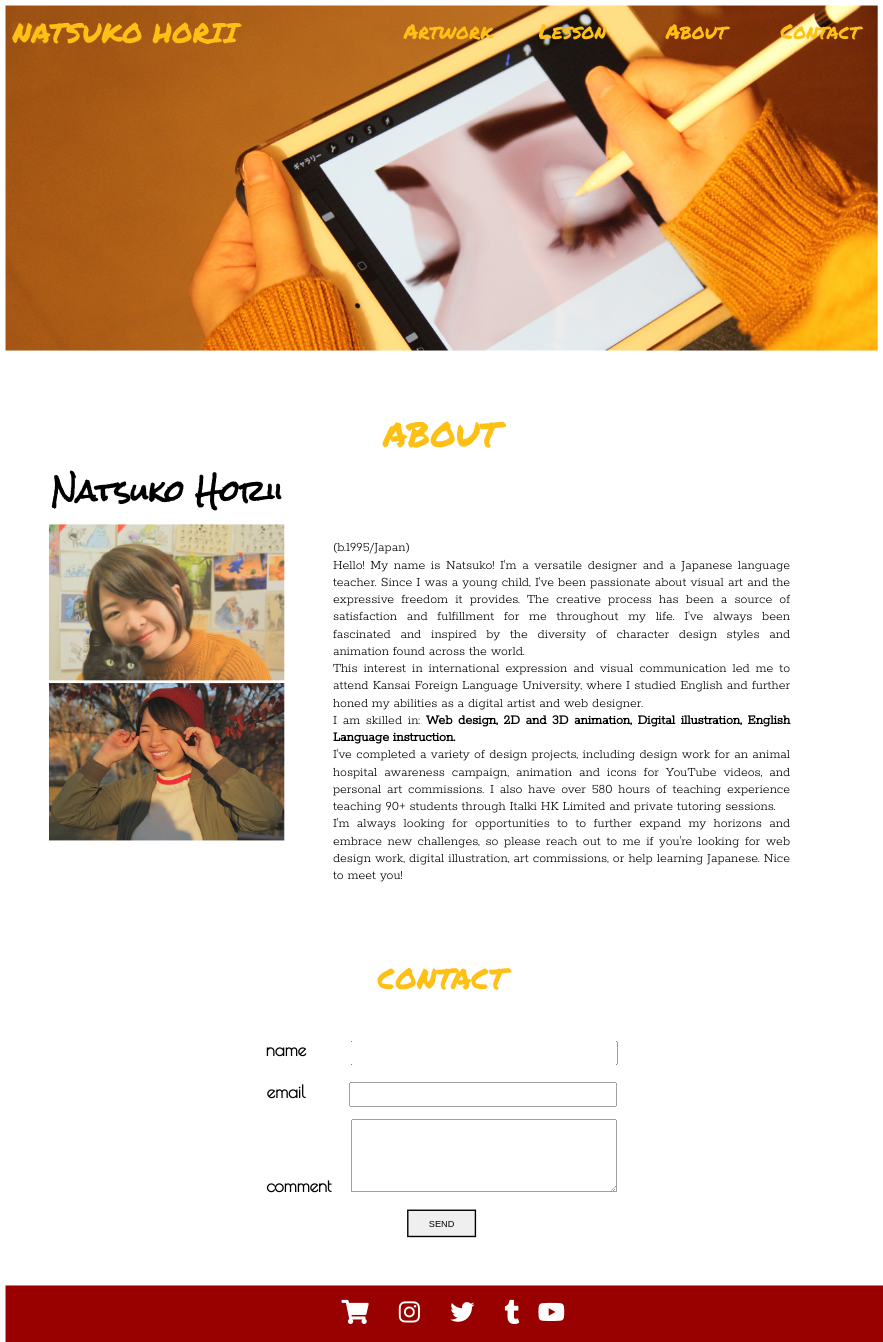
Repository: Natsuko0920/natsukohorii.github.io
Page: toppage/index.html
The author's editor kept a record of every edit. The page is drawn from the files as they stood at one moment, then again after the next edit.
The browser window is 1280 px wide. The pictures show the whole page, at 69% of full size.
Some web libraries are served in a nearby version.

Above is the page before.

### toppage/index.html
<!DOCTYPE html>
<html lang="ja">
<!--head-->
<head>
    <meta charset="utf-8">
    <title>NATSUKO HORII | ホリイ ナツコ</title>
    <meta name="description" content="Japanese artist / teacher / web designer / youtuber / creater ">
    <meta name="keywords" content="Natsuko Horii,natsukohorii,Horii Natsuko,ホリイナツコ,Japanese artist,artist,japanese illustrator,illustrator,イラストレーター,japanese teacher,naccchan sensei,なっちゃんせんせい,なっちゃん,nacchan,japanese youtuber">
    <meta name="viewport" content="width=device-width, initial-scale=1">
    <link rel="stylesheet" href="https://use.fontawesome.com/releases/v5.3.1/css/all.css" integrity="sha384-mzrmE5qonljUremFsqc01SB46JvROS7bZs3IO2EmfFsd15uHvIt+Y8vEf7N7fWAU" crossorigin="anonymous">
<!--put google font,font awesome-->
    <link href="https://fonts.googleapis.com/css?family=Permanent+Marker" rel="stylesheet">
    <link href="https://fonts.googleapis.com/css?family=Rock+Salt" rel="stylesheet">
    <link href="https://fonts.googleapis.com/css?family=Rokkitt:300" rel="stylesheet">
    <link href="https://fonts.googleapis.com/css?family=Poiret+One" rel="stylesheet">
    <meta http-equiv="Content-Type" content="text/html; charset=utf-8" />
    <link rel="stylesheet" href="index.css">
</head>
<!--header-->
<body>
    <header>
         <div class="title">
                      <div class="sign"><a href="../toppage/index.html">NATSUKO HORII</a></div>
        </div>
        <ul id="nav">
          <li><a href="../artwork/artwork.html" class="menubox">Artwork</a></li>
          <li><a href="../lesson/lesson.html" class="menubox">Lesson</a></li>
          <li><a href="#about" class="menubox">About</a></li>
          <li><a href="#contact" class="menubox">Contact</a></li>
         </ul>
    </header>
<main>
    <div class="toppage">
        <img src="../toppage/topimage.jpg">
    </div>
<!--about me-->
    <div class="titleabout" id="about">ABOUT</div>
    <div class="about">
      <div class="box1">
        <h1>Natsuko Horii</h1>
        <img class="profile" src="../toppage/profile.jpg">
        <br>
                <img class="profile" src="../toppage/profile2.jpg">
      </div>
      <div class="box2">
         <h2>
             (b.1995/Japan)
             <br>Hello! My name is Natsuko! I'm a versatile designer and a Japanese language teacher. Since I was a young child, I've been passionate about visual art and the expressive freedom it provides. The creative process has been a source of satisfaction and fulfillment for me throughout my life.
I've always been fascinated and inspired by the diversity of character design styles and animation found across the world.
<br>This interest in international expression and visual communication led me to attend Kansai Foreign Language University, where I studied English and further honed my abilities as a digital artist and web designer.
<br>I am skilled in: <b>Web design, 2D and 3D animation, Digital illustration, English Language instruction.</b>
<br>I've completed a variety of design projects, including design work for an animal hospital awareness campaign, animation and icons for YouTube videos, and personal art commissions. I also have over 580 hours of teaching experience teaching 90+ students through Italki HK Limited and private tutoring sessions.
<br>I'm always looking for opportunities to to further expand my horizons and embrace new challenges, so please reach out to me if you're looking for web design work, digital illustration, art commissions, or help learning Japanese. Nice to meet you!
         </h2>
      </div>
    </div>
<!--contact-->
    <div class="contact">
        <div class="titleabout" id="contact">contact</div>
        <div class="box3">
        <form action="https://docs.google.com/forms/d/e/1FAIpQLScnhWgwTJQ7-fkn19yMeZQXZv_nZWPaMLcr0KuLvkTzsQe1-A/formResponse">
            <label for="name">name　</label>
            <input id="name" type"text" name="entry.1762694654" required/>
           <br><br><label for="email">email　</label>
           <input id="email" type="text" name="entry.1706581827" required/>
           <br><br><label for="msg">comment　</label>
           <textarea id="comment" name="entry.790994953" required/></textarea>
           <br><br><button type="submit" name="button" value="SEND" class="square_btn">SEND</button>
        </form>
       </div>
    </div>
</main>
<footer>
    <div class="linkbox">
      <a href="https://society6.com/natsuko_horii" target="blank" class="link"><i class="fas fa-shopping-cart">　</i></a>
      <a href="https://www.instagram.com/natsuko_horii/" target="blank" class="link"><i class="fab fa-instagram" aria-hidden="true">　</i></a>
      <a href="https://twitter.com/NatsukoHorii" target="blank" class="link"><i class="fab fa-twitter" aria-hidden="true">　</i></a>
      <a href="https://www.tumblr.com/blog/natsukohorii" target="blank" class="link"><i class="fab fa-tumblr" aria-hidden="true">　</i></a>
      <a href="https://www.youtube.com/user/hahaha365yeah/featured?disable_polymer=1" target="blank" class="link"><i class="fab fa-youtube" aria-hidden="true"></i></a>
    </div>
</footer>
</body>
</html>

### toppage/index.css
@media screen and (min-width:300px) and ( max-width:600px) {
 a:link {
      color:#FFC016;
    background-color: transparent;
    text-decoration: none;
}

a:visited {
    color:#FFC016;
    background-color: transparent;
    text-decoration: none;
}

a:active {
    color:#FFC016;
    background-color: transparent;
    text-decoration: none;
}

body{
    background-color:#f7f6de;
    margin:0;
}

.changeColor {
   background-color:#f5c16c;
}

header{
    width:100%;
    display:flex;
    position:absolute;
}

.title{
  width:50%;
  padding-bottom:5px;
}

.sign{
    font-family: 'Permanent Marker', cursive;
    font-size:10px;
    margin-left:10px;
    margin-top:15px;
          color:#FFC016
}

#nav{
  width:70%;
  list-style:none;
  display:flex;
  align-items: center;
  margin-right:10px;
}

#nav li{
  width:100%;
  font-family: 'Permanent Marker', cursive;
  font-size:10px;
  text-align:center;
}

#nav a {
  color:#FFC016;
}

.toppage img{
  width:100%;
}

.titleabout{
  font-family: 'Permanent Marker', cursive;
  font-size:20px;
  text-align:center;
    color:#FFC016;
    margin-top:20px;
}

.about{
  width:90%;
  margin:auto;
}

.box1{
  width:100%;
  margin-top:10px;
  margin:auto;
}

.box2{
  width:100%;
  margin-top:20px;
}

h1{
 font-family: 'Rock Salt', cursive;
 font-size:20px;
 margin:0;
 text-align:center;
}

h2{
  font-size:10px;
font-family: 'Rokkitt', serif;
  line-height: 10px;
  font-weight: lighter;
   text-align:justify;
}

.profile{
  width:100%;
  height:auto;
    margin:auto;
}

.contact{
  margin-top:10px;
  margin-bottom:70px;
}

.box3{
    margin-top:20px;
    text-align:center;
}

label{
     font-family: 'Poiret One', cursive;
     font-size:15px;
     font-weight:bold;
}

#name{
    margin:auto;
      width:50%;
      height:20px;
}

#email{
    margin:auto;
      width:50%;
      height:20px;
}

#comment{
    margin:auto;
      width:50%;
      height:50px;
}

.square_btn {
    display: inline-block;
    padding: 0.3em 1em;
    text-decoration: none;
    color: #990000;
    background:white;
    border: solid 2px #990000;
    border-radius: 3px;
    height:40px;
    width:100px;
    transition: .4s;
}

.linkbox{
  padding-top:20px;
  font-size:20px;
  text-align:center;
}

a.link {
  color:white;
}

footer{
  width:100%;
  background-color:#990000;
  margin:0;
  position:absolute;
  padding-bottom:30px;
}
}

@media screen and (min-width:600px) and ( max-width:960px) {
a:link {
      color:#FFC016;
    background-color: transparent;
    text-decoration: none;
}

a:visited {
    color:#FFC016;
    background-color: transparent;
    text-decoration: none;
}

a:active {
    color:#FFC016;
    background-color: transparent;
    text-decoration: none;
}

body{
    background-color:#f7f6de;
    margin:0;
}

header{
    width:100%;
    display:flex;
    position:absolute;
}

.title{
  width:50%;
  padding-bottom:5px;
}

.sign{
    font-family: 'Permanent Marker', cursive;
    font-size:25px;
    margin-left:10px;
    margin-top:15px;
          color:#FFC016
}

#nav{
  width:70%;
  list-style:none;
  display:flex;
  align-items: center;
  margin-right:10px;
}

#nav li{
  width:100%;
  font-family: 'Permanent Marker', cursive;
  font-size:20px;
  text-align:center;
}

#nav a {
  color:#FFC016;
}

.toppage img{
  width:100%;
}

.titleabout{
  font-family: 'Permanent Marker', cursive;
  font-size:50px;
  text-align:center;
    color:#FFC016;
    margin-top:60px;
}

.about{
  width:90%;
  margin:auto;
  display: flex;
  flex-wrap: wrap;
}

.box1{
  width:30%;
  margin-top:20px;
}

.box2{
  width:60%;
  margin-top:20px;
  margin-left:20px;
}

h1{
 font-family: 'Rock Salt', cursive;
 font-size:20px;
 margin:0;
 text-align:center;

}

h2{
  font-size:15px;
font-family: 'Rokkitt', serif;
  line-height: 15px;
  font-weight: lighter;
  margin-left:20px;
   text-align:justify;
}

.profile{
  width:100%;
  height:auto;
}

.contact{
  margin-top:10px;
  margin-bottom:70px;
}

.box3{
    margin-top:20px;
    text-align:center;
}

label{
     font-family: 'Poiret One', cursive;
     font-size:25px;
     font-weight:bold;
}

#name{
    margin-left:35px;
      width:50%;
      height:30px;

}

#email{
  margin-left:35px;
      width:50%;
      height:30px;
}

#comment{
      width:50%;
      height:100px;
}

.square_btn {
    display: inline-block;
    padding: 0.3em 1em;
    text-decoration: none;
    color: #990000;
    background:white;
    border: solid 2px #990000;
    border-radius: 3px;
    height:40px;
    width:100px;
    transition: .4s;
}

.linkbox{
  padding-top:20px;
  font-size:35px;
  text-align:center;
}

a.link {
  color:white;
}

footer{
  width:100%;
  background-color:#990000;
  margin:0;
  position:absolute;
  padding-bottom:30px;
}
}

@media screen and (min-width:960px) and ( max-width:1280px) {
a:link {
      color:#FFC016;
    background-color: transparent;
    text-decoration: none;
}

a:visited {
    color:#FFC016;
    background-color: transparent;
    text-decoration: none;
}

a:active {
    color:#FFC016;
    background-color: transparent;
    text-decoration: none;
}

body{
    background-color:#f7f6de;
    margin:0;
}

header{
    width:100%;
    display:flex;
    position:absolute;
}

.title{
  width:50%;
  padding-bottom:5px;
}

.sign{
    font-family: 'Permanent Marker', cursive;
    font-size:40px;
    margin-left:10px;
          color:#FFC016
}

#nav{
  width:70%;
  list-style:none;
  display:flex;
  align-items: center;
  margin-right:10px;
}

#nav li{
  width:100%;
  font-family: 'Permanent Marker', cursive;
  font-size:30px;
  text-align:center;
}

#nav a {
  color:#FFC016;
}

#nav a:hover{
  opacity:0.7;
}

.toppage img{
  width:100%;
  height:500px;
}

.titleabout{
  font-family: 'Permanent Marker', cursive;
  font-size:50px;
  text-align:center;
    color:#FFC016;
    margin-top:80px;
}

.about{
  width:90%;
  margin:auto;
  display:flex;
}

.box1{
  width:30%;
}

.box2{
  width:60%;
  margin-top:100px;
  margin-left:50px;
}

h1{
 font-family: 'Rock Salt', cursive;
 font-size:40px;
 margin:0;
 text-align:center;

}

h2{
  font-size:20px;
font-family: 'Rokkitt', serif;
  line-height: 25px;
  font-weight: lighter;
  margin-left:20px;
   text-align:justify;
}

.profile{
  width:100%;
  height:auto;

}

.contact{
  margin-top:50px;
  margin-bottom:70px;
}

.box3{
    margin-top:50px;

    text-align:center;
}

label{
     font-family: 'Poiret One', cursive;
     font-size:25px;
     font-weight:bold;
}

#name{
    margin-left:35px;
      width:30%;
      height:30px;

}

#email{
  margin-left:35px;
      width:30%;
      height:30px;
}

#comment{
      width:30%;
      height:100px;
}

.square_btn {
    display: inline-block;
    padding: 0.3em 1em;
    text-decoration: none;
    color: #990000;
    background:white;
    border: solid 2px #990000;
    border-radius: 3px;
    height:40px;
    width:100px;
    transition: .4s;
}

.square_btn:hover {
    background:#990000;
    color: white;
}

.linkbox{
  padding-top:20px;
  font-size:35px;
  text-align:center;
}

a.link {
  color:white;
}

a.link:hover{
  color:#FFC016;
}

footer{
  width:100%;
  background-color:#990000;
  margin:0;
  position:absolute;
  padding-bottom:30px;
}
}

@media screen and (min-width:1280px) {
 a:link {
      color:#FFC016;
    background-color: transparent;
    text-decoration: none;
}

a:visited {
    color:#FFC016;
    background-color: transparent;
    text-decoration: none;
}

a:active {
    color:#FFC016;
    background-color: transparent;
    text-decoration: none;
}

body{
    background-color:#f7f6de;
    margin:0;
    transition: 0.3s all;
}

.changeColor {
   background-color:#f5c16c;
}

header{
    width:100%;
    display:flex;
    position:absolute;
}

.title{
  width:50%;
  padding-bottom:5px;
}

.sign{
    font-family: 'Permanent Marker', cursive;
    font-size:40px;
    margin-left:10px;
    margin-top:10px;
          color:#FFC016
}

#nav{
  width:70%;
  list-style:none;
  display:flex;
  align-items: center;
  margin-right:10px;
}

#nav li{
  width:100%;
  font-family: 'Permanent Marker', cursive;
  font-size:30px;
  text-align:center;
}

#nav a {
  color:#FFC016;
}

#nav a:hover{
  opacity:0.7;
}

.toppage img{
  width:100%;
}

.titleabout{
  font-family: 'Permanent Marker', cursive;
  font-size:50px;
  text-align:center;
    color:#FFC016;
    margin-top:80px;
}

.about{
  width:90%;
  margin:auto;
  display:flex;
}

.box1{
  width:30%;
}

.box2{
  width:60%;
  margin-top:100px;
  margin-left:50px;
}

h1{
 font-family: 'Rock Salt', cursive;
 font-size:40px;
 margin:0;
 text-align:center;

}

h2{
  font-size:20px;
font-family: 'Rokkitt', serif;
  line-height: 25px;
  font-weight: lighter;
  margin-left:20px;
   text-align:justify;
}

.profile{
  width:100%;
  height:auto;

}

.contact{
  margin-top:50px;
  margin-bottom:70px;
}

.box3{
    margin-top:50px;

    text-align:center;
}

label{
     font-family: 'Poiret One', cursive;
     font-size:25px;
     font-weight:bold;
}

#name{
    margin-left:35px;
      width:30%;
      height:30px;

}

#email{
  margin-left:35px;
      width:30%;
      height:30px;
}

#comment{
      width:30%;
      height:100px;
}

.square_btn {
    display: inline-block;
    padding: 0.3em 1em;
    text-decoration: none;
    color: #990000;
    background:white;
    border: solid 2px #990000;
    border-radius: 3px;
    height:40px;
    width:100px;
    transition: .4s;
}

.square_btn:hover {
    background:#990000;
    color: white;
}

.linkbox{
  padding-top:20px;
  font-size:35px;
  text-align:center;
}

a.link {
  color:white;
}

a.link:hover{
  color:#FFC016;
}

footer{
  width:100%;
  background-color:#990000;
  margin:0;
  position:absolute;
  padding-bottom:30px;
}
}

After the next edit:
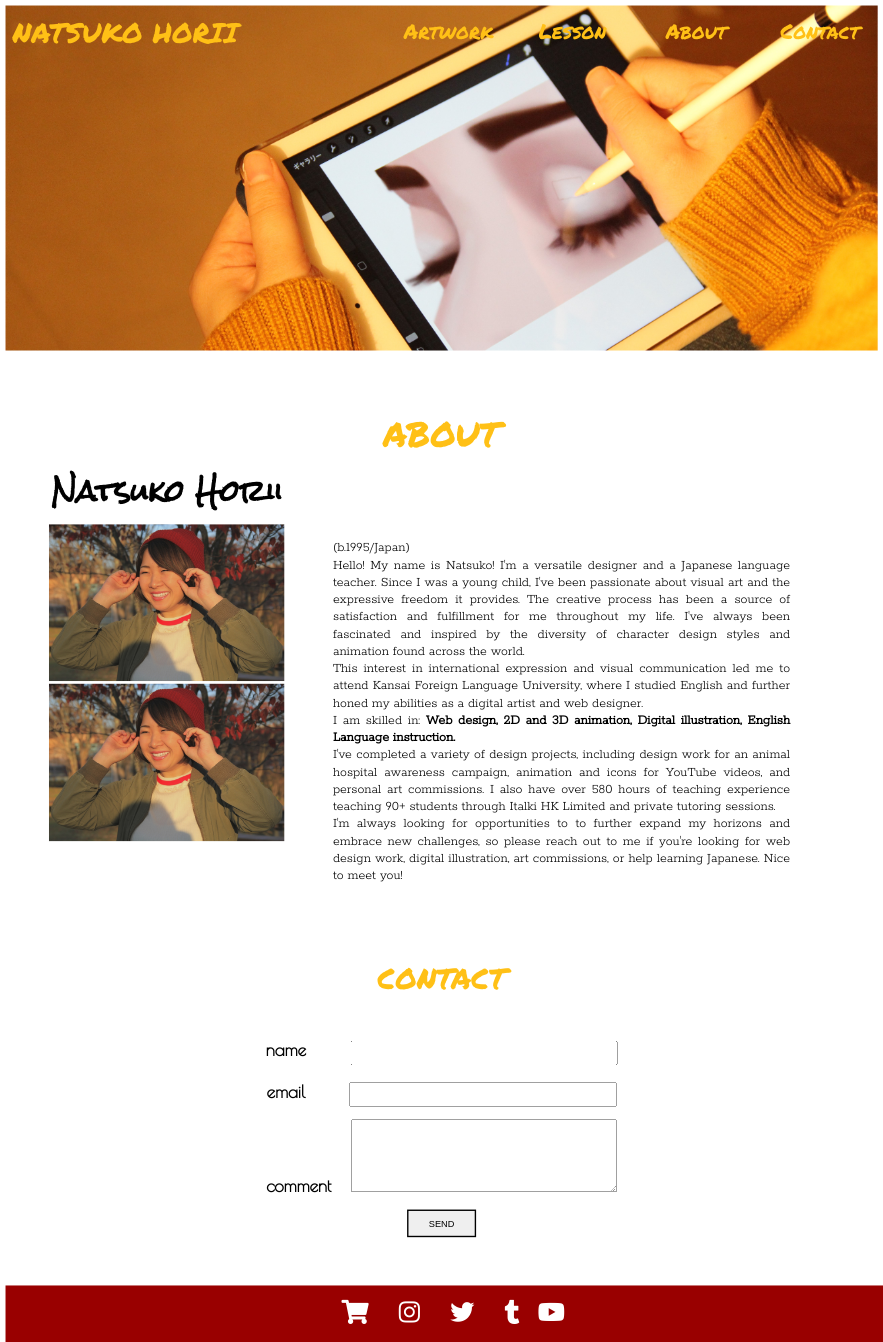
The edit:
--- a/toppage/index.html
+++ b/toppage/index.html
@@ -38,7 +38,7 @@
     <div class="about">
       <div class="box1">
         <h1>Natsuko Horii</h1>
-        <img class="profile" src="../toppage/profile.jpg">
+        <img class="profile" src="../toppage/profile2.jpg">
         <br>
                 <img class="profile" src="../toppage/profile2.jpg">
       </div>
